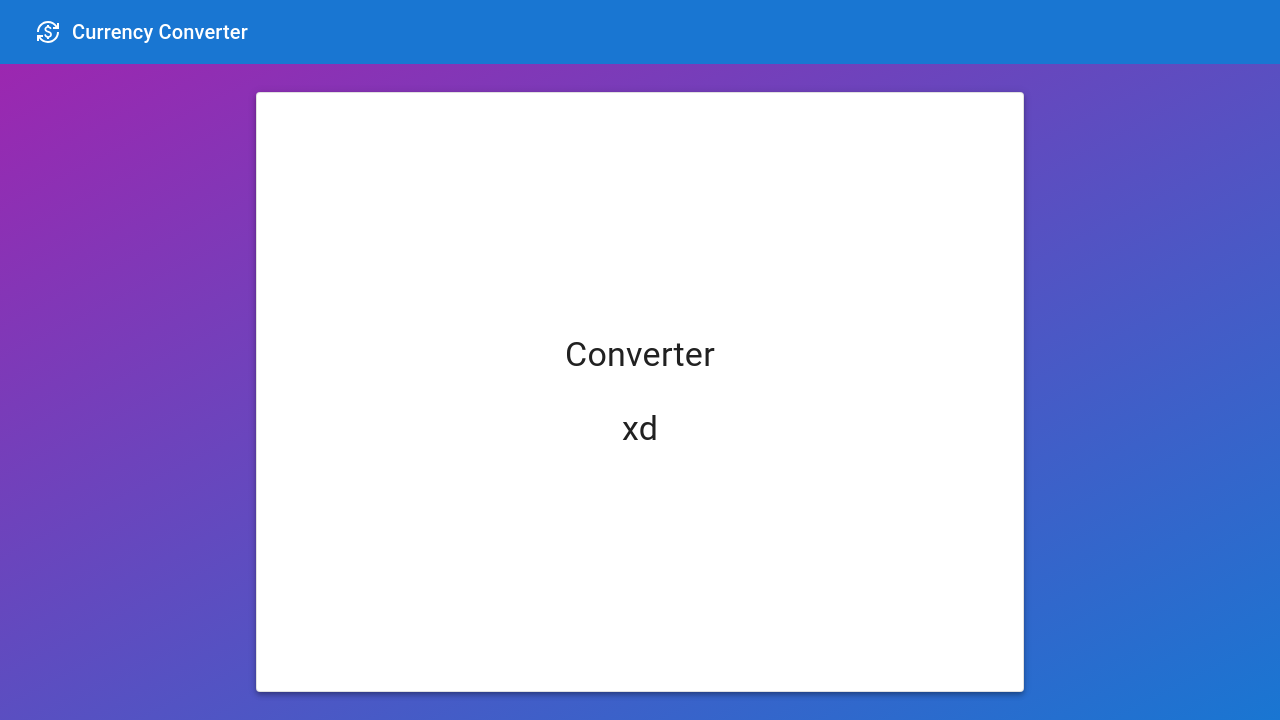
Repository: rutsguifd/currency-converter
Page: /
These files come from the project's save history. The page is drawn as it stood at one moment and after the next save; the edit follows.
The browser window is 1280 px wide. The pictures show the whole page.
The project was rebuilt for these pictures with package versions that can differ from the ones it lists, and the page was loaded fresh each time. Also part of the build but not shown: src/components/ErrorBoundary.jsx.

Above is the page before, as saved 2023-03-27 23:48:36.

After the next save:
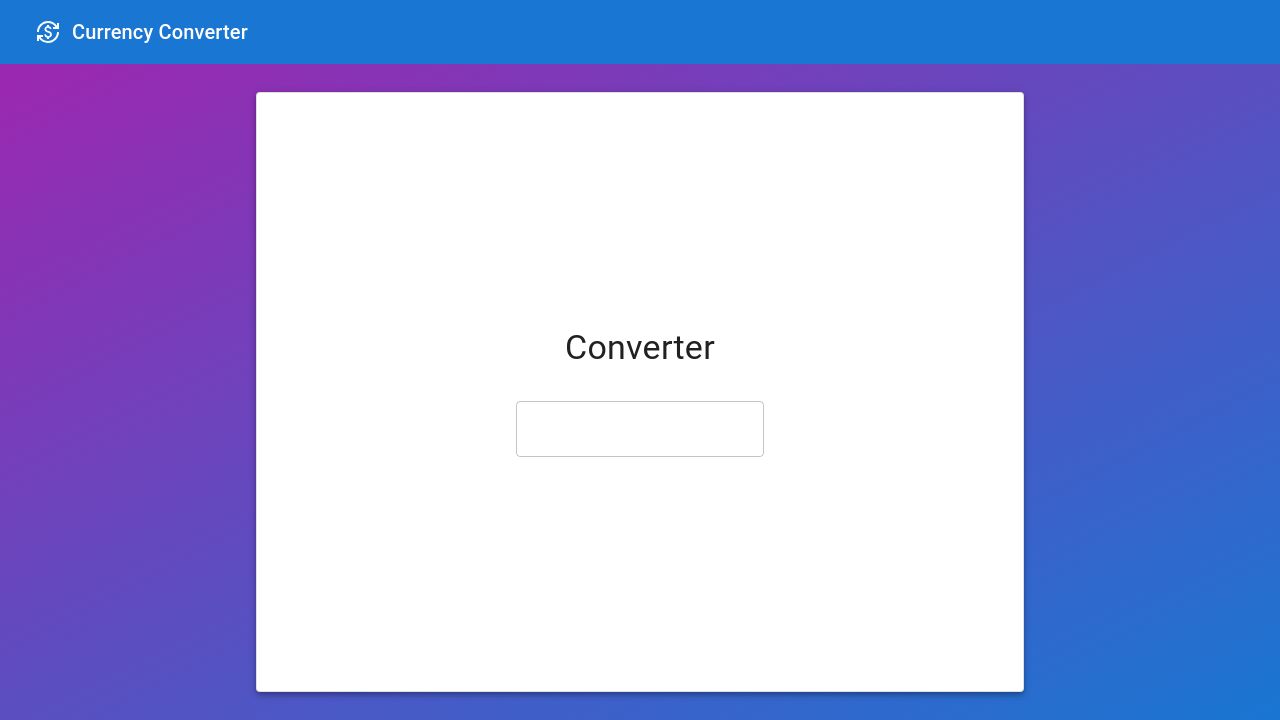
Saved 26 s later.
--- a/src/components/Convert.jsx
+++ b/src/components/Convert.jsx
@@ -1,4 +1,4 @@
-import { Paper, Typography } from "@mui/material";
+import { Paper, TextField, Typography } from "@mui/material";
 import React from "react";
 
 const Convert = () => {
@@ -20,7 +20,7 @@ const Convert = () => {
       }}
     >
       <Typography variant="h4">Converter</Typography>
-      <Typography variant="h4">xd</Typography>
+      <TextField />
     </Paper>
   );
 };
